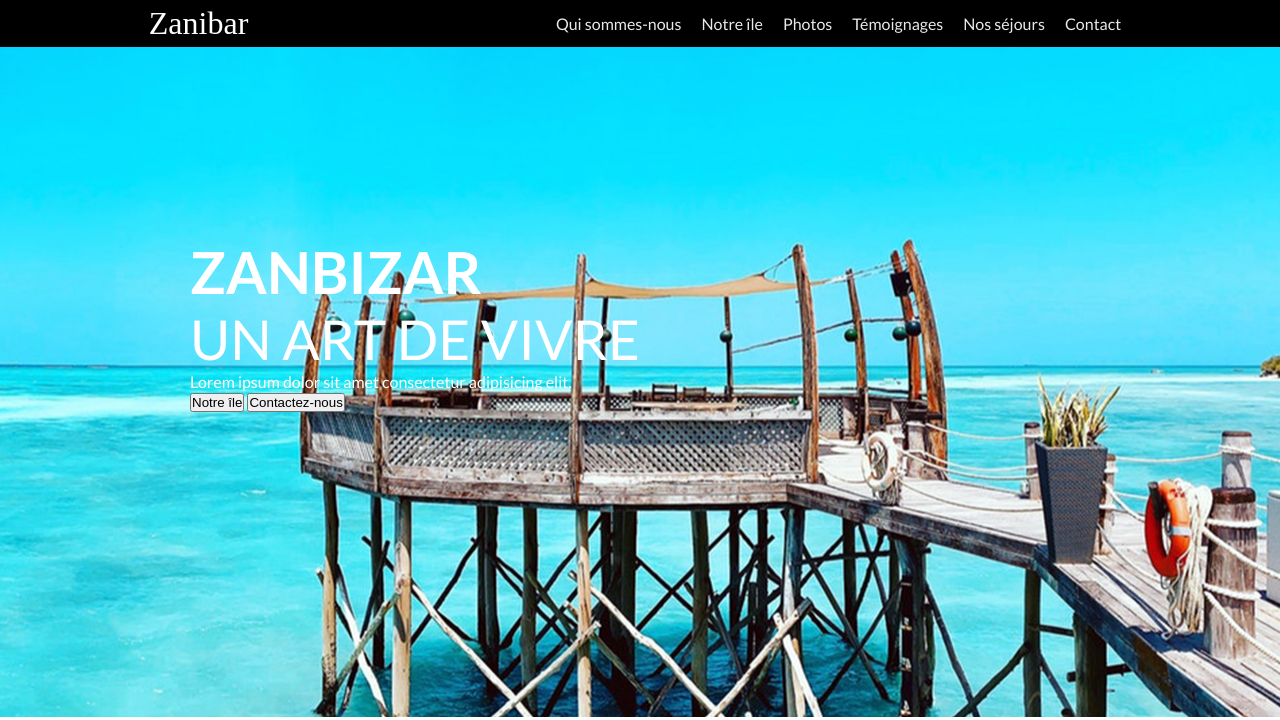
Repository: ypiard85/zanzibar
Page: index.html
These files come from the project's save history. The page is drawn as it stood at one moment and after the next save; the edit follows.
The browser window is 1280 px wide. The pictures show the whole page.
Some web fonts or font styles are not loaded; a fallback is used.

Above is the page before, as saved 2021-02-23 15:01:40.

### index.html
<!DOCTYPE html>
<html lang="en">
<head>
    <meta charset="UTF-8">
    <meta http-equiv="X-UA-Compatible" content="IE=edge">
    <meta name="viewport" content="width=device-width, initial-scale=1.0">
    <link rel="stylesheet" href="font/font.css">
    <link rel="stylesheet" href="./style.css">
    <link href="https://fonts.googleapis.com/css?family=Lato:300,400,700" rel="stylesheet">
    <link href="https://fonts.googleapis.com/css?family=Sanchez" rel="stylesheet">
    <title>Document</title>
</head>
<body>
    <div class="wrapper">
        <header role="header">
            <nav class="nav">
                <div class="nav_left">
                    <a href="">
                        Zanibar
                    </a>
                </div>
                <ul class="nav_link">
                    <li><a href="">Qui sommes-nous</a></li>
                    <li><a href="">Notre île</a></li>
                    <li><a href="">Photos</a></li>
                    <li><a href="">Témoignages</a></li>
                    <li><a href="">Nos séjours</a></li>
                    <li><a href="">Contact</a></li>
                </ul>
            </nav>
        </header>
        <section class="image_thumbnail">
            <div class="content_thumbnail">
                <h1 class="titlte_first">ZANBIZAR</h1>
                <h1 class="title_second">UN ART DE VIVRE</h1>
                <p>Lorem ipsum dolor sit amet consectetur adipisicing elit.</p>
                <button>Notre île</button>
                <button>Contactez-nous</button>
            </div>
        </section>
    </div>
</body>
</html>

### font/font.css
/*! Generated by Font Squirrel (https://www.fontsquirrel.com) on June 4, 2019 */



@font-face {
    font-family: 'warnesregular';
    src: url('warnes-regular-webfont.eot');
    src: url('warnes-regular-webfont.eot?#iefix') format('embedded-opentype'),
         url('warnes-regular-webfont.woff2') format('woff2'),
         url('warnes-regular-webfont.woff') format('woff'),
         url('warnes-regular-webfont.ttf') format('truetype'),
         url('warnes-regular-webfont.svg#warnesregular') format('svg');
    font-weight: normal;
    font-style: normal;

}

### style.css
:root{
    --font-family-title: "warnesregular";
    --guillemet-citation: "Sanchez", serif;
}

*{
    margin: 0;
    padding: 0;
    box-sizing: border-box;
    list-style: none;
    text-decoration: none;
}

html {
    background-color: #fff;
    font-family: "Lato", "Arial", sans-serif;
}


.nav{
    background: black;
    display: flex;
    justify-content: space-around;
    align-items: center;
    padding: 5px 0;
}

.nav *{
    color: #fff;
}

.nav_left a{
    font-family: var(--font-family-title);
    font-size: 32px;
}

.nav_link{
    display: flex;
}

.nav_link li a{
    color: rgb(233, 233, 233);
    margin: 0 10px;

}

.image_thumbnail{
    background-image: url('./header.jpg');
    background-repeat: no-repeat;
    background-position: center right;
    height: 93vh;
}

.content_thumbnail{
    padding: 190px;
    color: #fff;
}

.content_thumbnail .titlte_first{
    font-size: 58px;
}

.content_thumbnail .title_second{
    font-size: 55px;
    font-weight: normal;
}

After the next save:
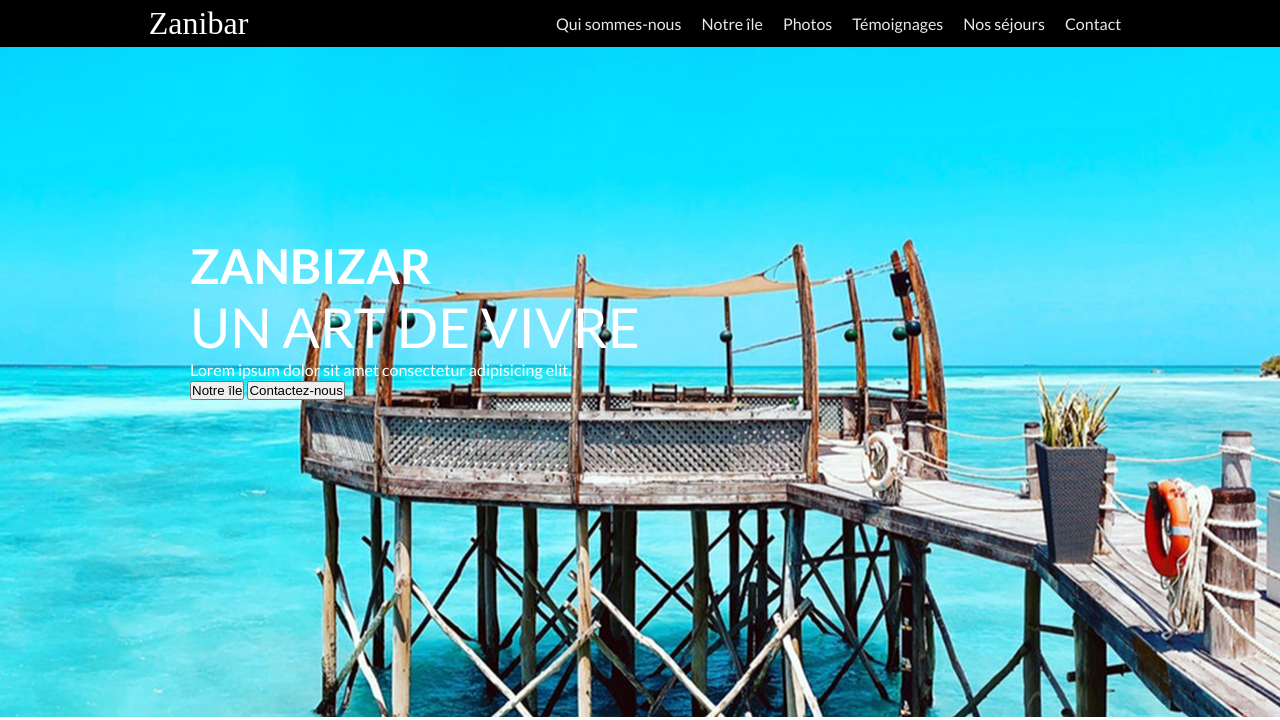
Saved 4 s later.
--- a/style.css
+++ b/style.css
@@ -57,7 +57,7 @@
 }
 
 .content_thumbnail .titlte_first{
-    font-size: 58px;
+    font-size: 48px;
 }
 
 .content_thumbnail .title_second{

After the save that followed:
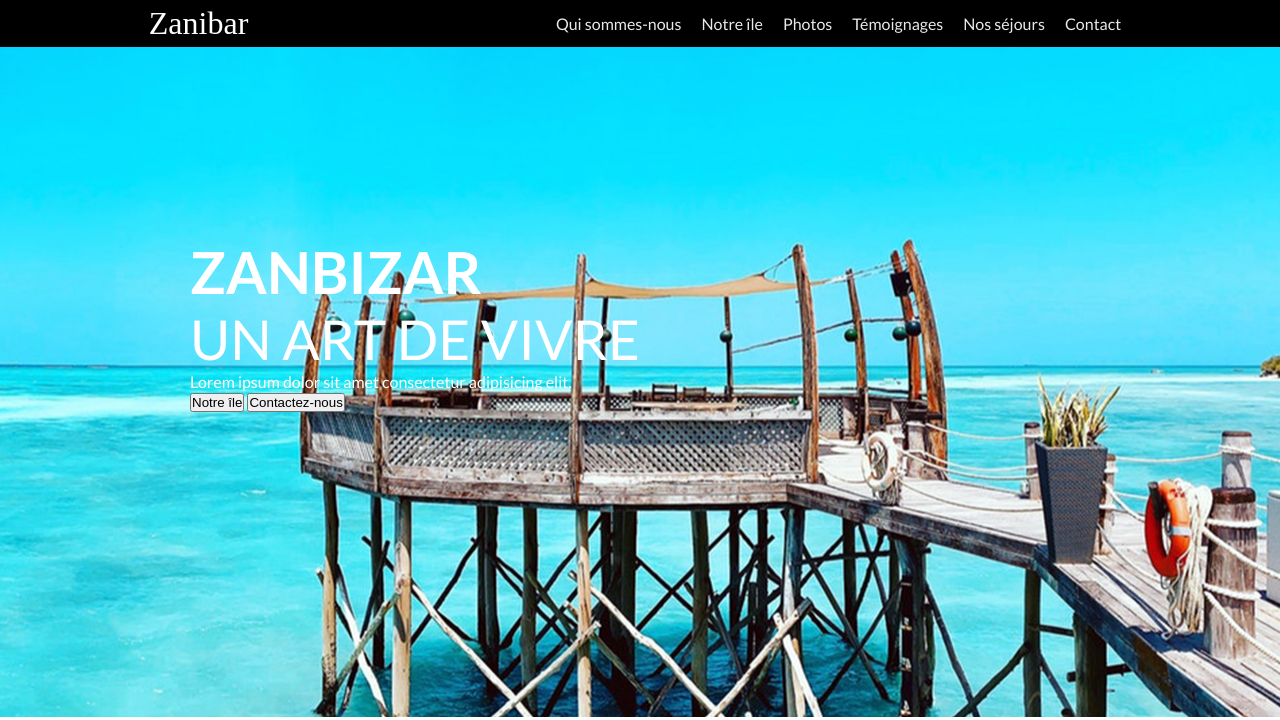
Saved 4 s later.
--- a/style.css
+++ b/style.css
@@ -57,7 +57,7 @@
 }
 
 .content_thumbnail .titlte_first{
-    font-size: 48px;
+    font-size: 58px;
 }
 
 .content_thumbnail .title_second{
